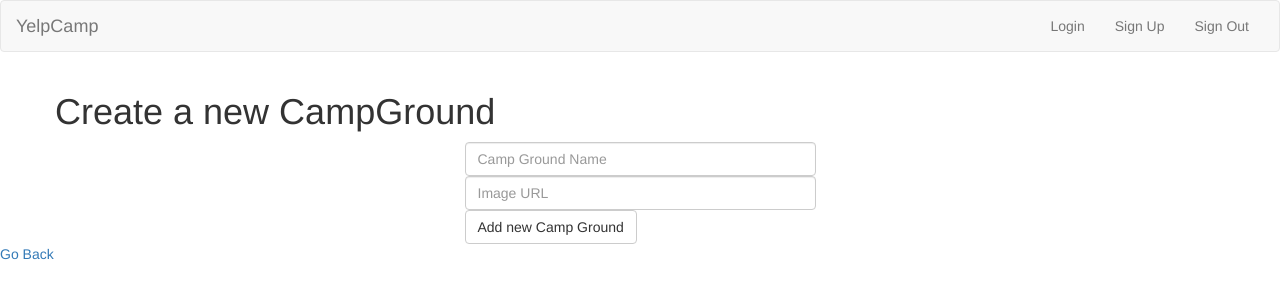
Repository: KMurphs/Tutorials
Page: YelpCamp/v1/views/newcampground.ejs
The author's editor kept a record of every edit. The page is drawn from the files as they stood at one moment, then again after the next edit.
The browser window is 1280 px wide. The pictures show the whole page.
The page is served by the project's Node server (YelpCamp/vtemplate/app.js). The template is opened directly, without the code that normally fills it, so the values that code supplies are empty.

Above is the page before.

### Web Development/Udemy - Boot Camp/Code/code/webdevebootcamp - backend/workspace/YelpCamp/v1/views/newcampground.ejs
<% include partials/header %>



<div class='container'>
	<div class='row'>
		<h1>Create a new CampGround</h1>
		<div style='width: 30%; margin: 0 auto;'>
			<form method="POST" action="/campgrounds" >
				<input class='form-control' type="text" name="name" placeholder="Camp Ground Name">
				<input class='form-control'type="text" name="image" placeholder="Image URL">
				<button class='btn btn-large btn-default'>Add new Camp Ground</button>
			</form>
		</div>
	</div>
</div>

<a href="/campgrounds">Go Back</a>
<% include partials/footer %>

### Web Development/Udemy - Boot Camp/Code/code/webdevebootcamp - backend/workspace/YelpCamp/v1/views/partials/header.ejs
<!DOCTYPE html>
<html>
<head>
	<title>The YelpCamp</title>
	<link rel="stylesheet" href="https://stackpath.bootstrapcdn.com/bootstrap/3.4.1/css/bootstrap.min.css" integrity="sha384-HSMxcRTRxnN+Bdg0JdbxYKrThecOKuH5zCYotlSAcp1+c8xmyTe9GYg1l9a69psu" crossorigin="anonymous">
</head>
<body>

<nav class="navbar navbar-default">
  <div class="container-fluid">
    <!-- Brand and toggle get grouped for better mobile display -->
    <div class="navbar-header">
      <a class="navbar-brand" href="/">YelpCamp</a>
    </div>

    <!-- Collect the nav links, forms, and other content for toggling -->
    <div class="collapse navbar-collapse" id="bs-example-navbar-collapse-1">

      <ul class="nav navbar-nav navbar-right">
        <li><a href="/">Login</a></li>
        <li><a href="/">Sign Up</a></li>
        <li><a href="/">Sign Out</a></li>
      </ul>
    </div><!-- /.navbar-collapse -->
  </div><!-- /.container-fluid -->
</nav>

### Web Development/Udemy - Boot Camp/Code/code/webdevebootcamp - backend/workspace/YelpCamp/v1/views/partials/footer.ejs
<!--<div>TradeMark YelpCamp 2019</div>-->
</body>
</html>

### Web Development/Udemy - Boot Camp/Code/code/webdevebootcamp - backend/workspace/YelpCamp/vtemplate/app.js
// Setting up the enviroment
var express = require("express");
var bodyParser = require("body-parser");
var request = require('request');
var helpDebug = true;

var app = express();
app.set('view engine', 'ejs');
app.use(express.static(__dirname + '/public'));
app.use(bodyParser.urlencoded({extended: true}));


//////////////Server Routes


//Home Page GET request route
app.get('/', function(req, res){
    if(helpDebug)console.log('A GET Request to the Home Page was just made to the server');
    res.render('home');
});


//Catch all route, default route for unhandled GET requests
app.get('*', function(req, res){
    if(helpDebug)console.log('An unhandled GET Request was just made to the server');
    res.render('default');
});



/////////////Starting the server
app.listen(process.env.PORT, process.env.IP, function(){
   console.log('YelpCamp Server has started!');
});

After the next edit:
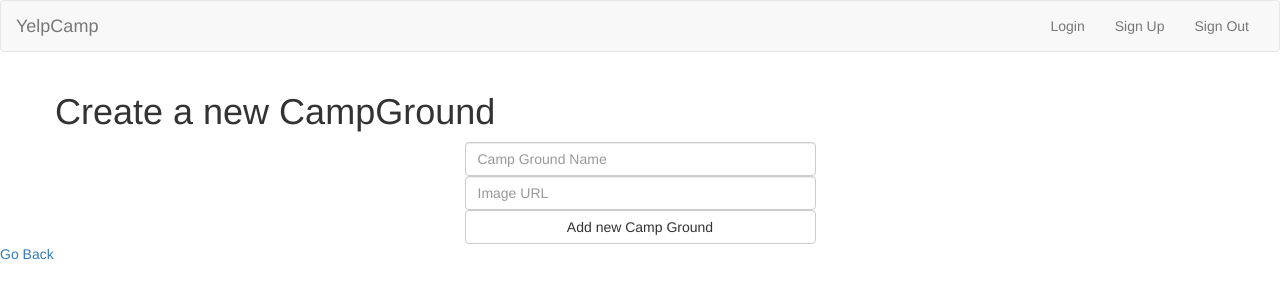
The edit:
--- a/Web Development/Udemy - Boot Camp/Code/code/webdevebootcamp - backend/workspace/YelpCamp/v1/views/newcampground.ejs
+++ b/Web Development/Udemy - Boot Camp/Code/code/webdevebootcamp - backend/workspace/YelpCamp/v1/views/newcampground.ejs
@@ -9,7 +9,7 @@
 			<form method="POST" action="/campgrounds" >
 				<input class='form-control' type="text" name="name" placeholder="Camp Ground Name">
 				<input class='form-control'type="text" name="image" placeholder="Image URL">
-				<button class='btn btn-large btn-default'>Add new Camp Ground</button>
+				<button class='btn btn-large btn-default btn-block'>Add new Camp Ground</button>
 			</form>
 		</div>
 	</div>
